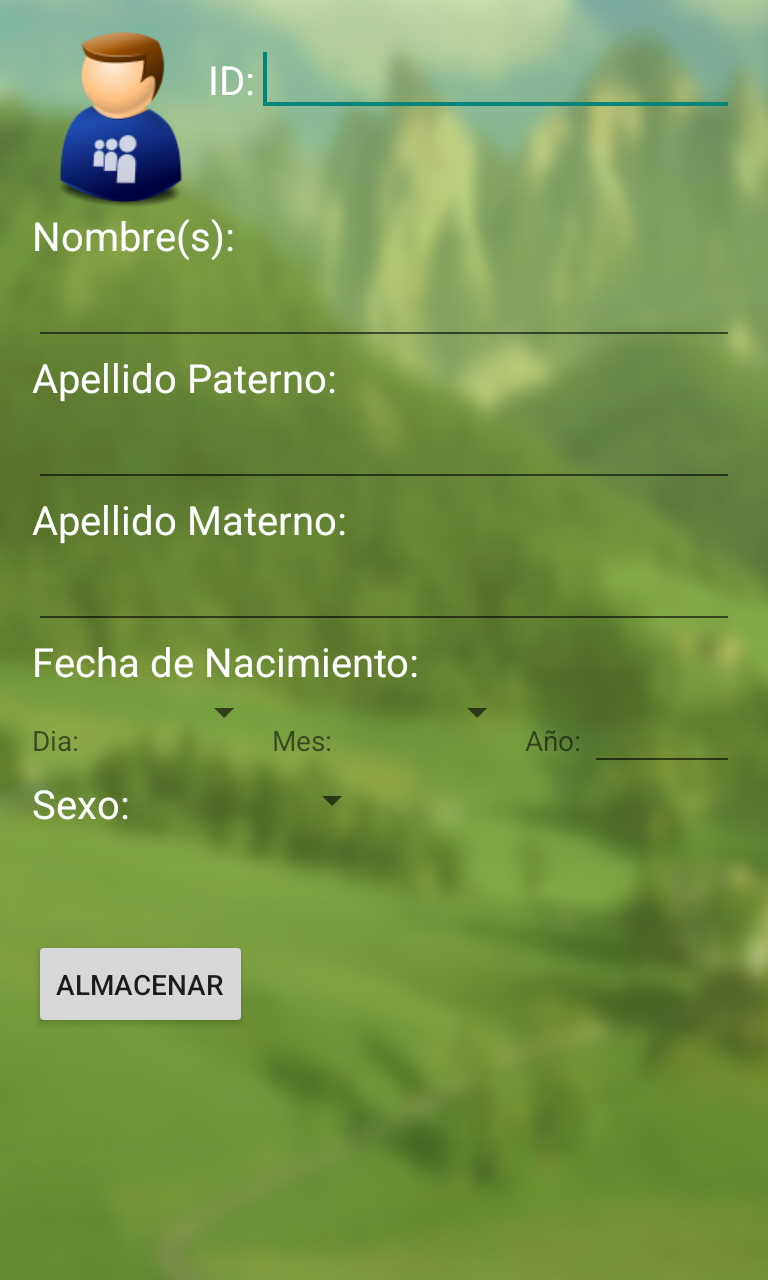
Repository: AntonioloNeviani/ProyectoDeInvestigacion_Android
Layout: FiliiStude/res/layout/activity_nuevo_usuario.xml
The author's editor kept a copy of each file at every save. The layout is drawn from the files as they stood at one save, then again after the next save.
It is drawn on a 768 x 1280 px phone screen (xhdpi) without system bars, with theme AppTheme; the app's code is not run.

Above is the layout before, as saved 2015-05-26 09:13:14.

### FiliiStude/res/layout/activity_nuevo_usuario.xml
<RelativeLayout xmlns:android="http://schemas.android.com/apk/res/android"
    xmlns:tools="http://schemas.android.com/tools"
    android:layout_width="match_parent"
    android:layout_height="match_parent"
    android:background="@drawable/fondo4"
    android:paddingBottom="@dimen/activity_vertical_margin"
    android:paddingLeft="@dimen/activity_horizontal_margin"
    android:paddingRight="@dimen/activity_horizontal_margin"
    android:paddingTop="@dimen/activity_vertical_margin"
    tools:context="com.filii.filiistude.NuevoUsuario" >

    <LinearLayout
        android:layout_width="wrap_content"
        android:layout_height="wrap_content"
        android:layout_alignParentLeft="true"
        android:layout_alignParentRight="true"
        android:orientation="vertical" >

        <LinearLayout
            android:layout_width="match_parent"
            android:layout_height="wrap_content" >

            <ImageView
                android:id="@+id/imageView1"
                android:layout_width="88dp"
                android:layout_height="88dp"
                android:src="@drawable/usuario" />

            <TextView
                android:id="@+id/textView2"
                android:layout_width="wrap_content"
                android:layout_height="wrap_content"
                android:text="ID:"
                android:textColor="#FFFFFF"
                android:textSize="20sp" />

            <EditText
                android:id="@+id/editText1"
                android:layout_width="wrap_content"
                android:layout_height="wrap_content"
                android:layout_weight="1"
                android:inputType="number"
                android:textColor="#FFFFFF"
                android:textSize="20sp" >

                <requestFocus />
            </EditText>
        </LinearLayout>

        <TextView
            android:id="@+id/textView1"
            android:layout_width="wrap_content"
            android:layout_height="wrap_content"
            android:text="Nombre(s): "
            android:textColor="#FFFFFF"
            android:textSize="20sp" />

        <EditText
            android:id="@+id/editText2"
            android:layout_width="match_parent"
            android:layout_height="wrap_content"
            android:ems="10"
            android:inputType="textPersonName"
            android:textColor="#FFFFFF"
            android:textSize="20sp" />

        <TextView
            android:id="@+id/textView3"
            android:layout_width="wrap_content"
            android:layout_height="wrap_content"
            android:text="Apellido Paterno: "
            android:textColor="#FFFFFF"
            android:textSize="20sp" />

        <EditText
            android:id="@+id/editText3"
            android:layout_width="match_parent"
            android:layout_height="wrap_content"
            android:ems="10"
            android:inputType="textPersonName"
            android:textColor="#FFFFFF"
            android:textSize="20sp" />

        <TextView
            android:id="@+id/textView4"
            android:layout_width="wrap_content"
            android:layout_height="wrap_content"
            android:text="Apellido Materno: "
            android:textColor="#FFFFFF"
            android:textSize="20sp" />

        <EditText
            android:id="@+id/editText4"
            android:layout_width="match_parent"
            android:layout_height="wrap_content"
            android:ems="10"
            android:inputType="textPersonName"
            android:textColor="#FFFFFF"
            android:textSize="20sp" />

        <TextView
            android:id="@+id/textView5"
            android:layout_width="wrap_content"
            android:layout_height="wrap_content"
            android:text="Fecha de Nacimiento: "
            android:textColor="#FFFFFF"
            android:textSize="20sp" />

        <LinearLayout
            android:layout_width="match_parent"
            android:layout_height="wrap_content" >

            <TextView
                android:id="@+id/textView7"
                android:layout_width="wrap_content"
                android:layout_height="wrap_content"
                android:text="Dia: " />

            <Spinner
                android:id="@+id/spinner1"
                android:layout_width="wrap_content"
                android:layout_height="wrap_content"
                android:layout_weight="1" />

            <TextView
                android:id="@+id/textView8"
                android:layout_width="wrap_content"
                android:layout_height="wrap_content"
                android:text="Mes: " />

            <Spinner
                android:id="@+id/spinner2"
                android:layout_width="wrap_content"
                android:layout_height="wrap_content"
                android:layout_weight="1" />

            <TextView
                android:id="@+id/textView9"
                android:layout_width="wrap_content"
                android:layout_height="wrap_content"
                android:text="Año: " />

            <EditText
                android:id="@+id/editText5"
                android:layout_width="74dp"
                android:layout_height="wrap_content"
                android:ems="10"
                android:inputType="date"
                android:textColor="#FFFFFF"
                android:textSize="20sp" />

        </LinearLayout>

        <LinearLayout
            android:layout_width="match_parent"
            android:layout_height="80dp" >

            <TextView
                android:id="@+id/textView6"
                android:layout_width="wrap_content"
                android:layout_height="wrap_content"
                android:text="Sexo: "
                android:textColor="#FFFFFF"
                android:textSize="20sp" />

            <Spinner
                android:id="@+id/sexo"
                android:layout_width="120dp"
                android:layout_height="wrap_content"
                android:textColor="#FFFFFF"
                android:textSize="20sp" />
        </LinearLayout>

        <LinearLayout
            android:layout_width="match_parent"
            android:layout_height="wrap_content" >

            <Button
                android:id="@+id/button1"
                android:layout_width="wrap_content"
                android:layout_height="wrap_content"
                android:text="Almacenar" />

        </LinearLayout>

    </LinearLayout>

</RelativeLayout>

Loaded but not shown: FiliiStude/res/values/styles.xml (common file); FiliiStude/res/values-v11/styles.xml (common file); FiliiStude/res/values-v14/styles.xml (common file); FiliiStude/res/values/dimens.xml (common file); FiliiStude/res/values-w820dp/dimens.xml (common file)

After the next save:
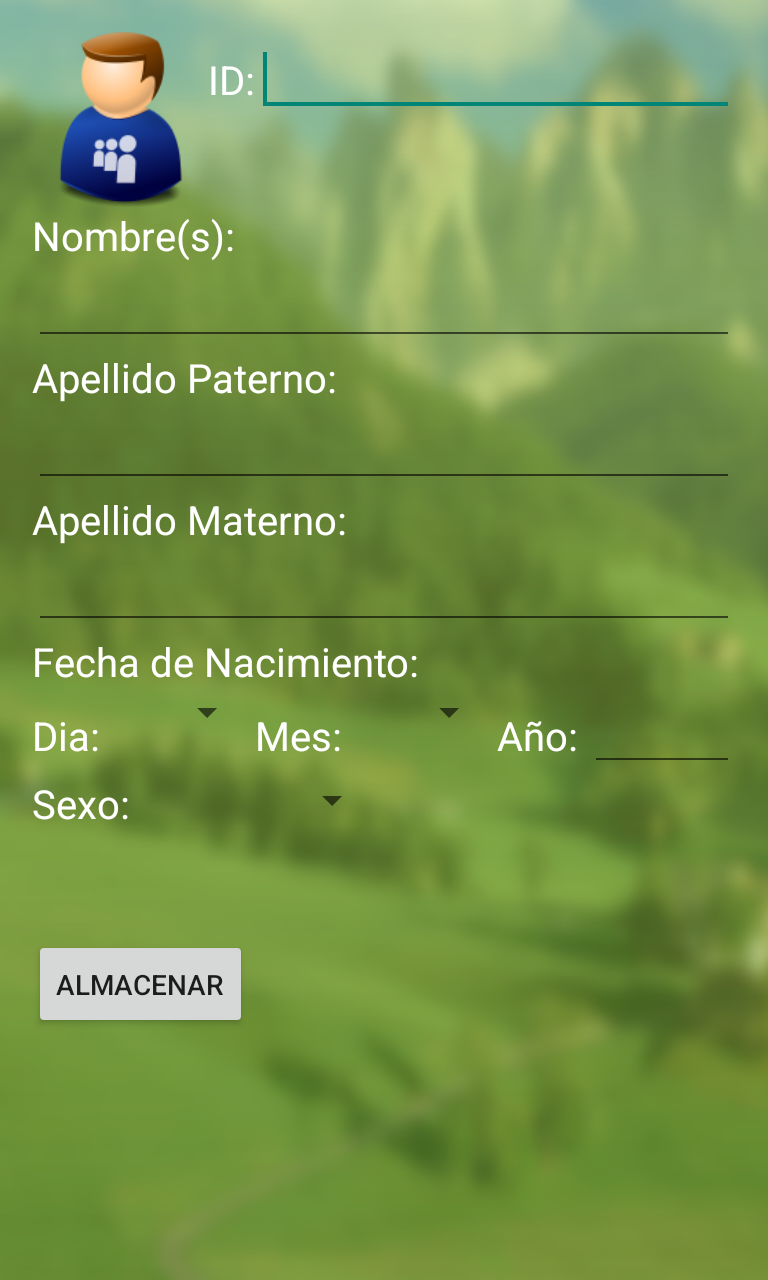
Saved 41 s later.
--- a/FiliiStude/res/layout/activity_nuevo_usuario.xml
+++ b/FiliiStude/res/layout/activity_nuevo_usuario.xml
@@ -114,7 +114,9 @@
                 android:id="@+id/textView7"
                 android:layout_width="wrap_content"
                 android:layout_height="wrap_content"
-                android:text="Dia: " />
+                android:text="Dia: "
+                android:textColor="#FFFFFF"
+            android:textSize="20sp" />
 
             <Spinner
                 android:id="@+id/spinner1"
@@ -126,7 +128,9 @@
                 android:id="@+id/textView8"
                 android:layout_width="wrap_content"
                 android:layout_height="wrap_content"
-                android:text="Mes: " />
+                android:text="Mes: "
+                android:textColor="#FFFFFF"
+            	android:textSize="20sp" />
 
             <Spinner
                 android:id="@+id/spinner2"
@@ -138,7 +142,9 @@
                 android:id="@+id/textView9"
                 android:layout_width="wrap_content"
                 android:layout_height="wrap_content"
-                android:text="Año: " />
+                android:text="Año: "
+                android:textColor="#FFFFFF"
+            	android:textSize="20sp" />
 
             <EditText
                 android:id="@+id/editText5"
